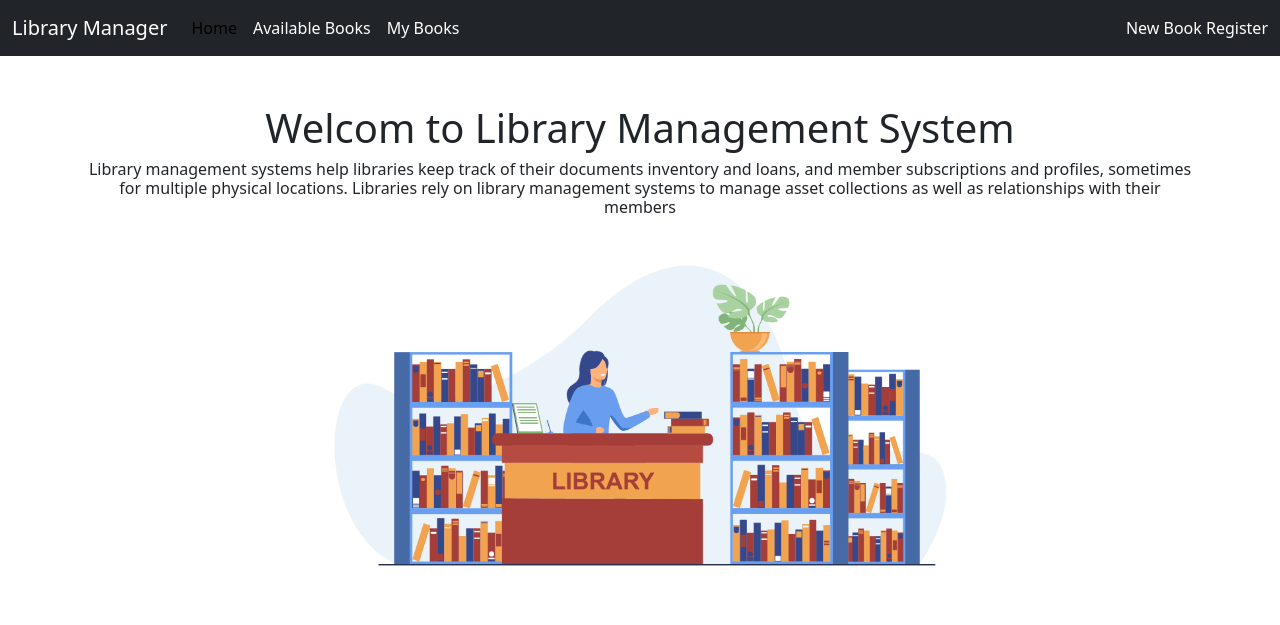
Repository: AkashCoder99/Spring-Libraray-Management
Page: http://localhost/home
The author's editor kept a copy of each file at every save. The page is drawn from the files as they stood at one save, then again after the next save.
The browser window is 1280 px wide. The pictures show the whole page.
The page is this project's Thymeleaf template; nobody is signed in. The template is opened directly, without the code that normally fills it, so the values that code supplies are empty.

Above is the page before, as saved 2023-05-29 17:32:21.

After the next save:
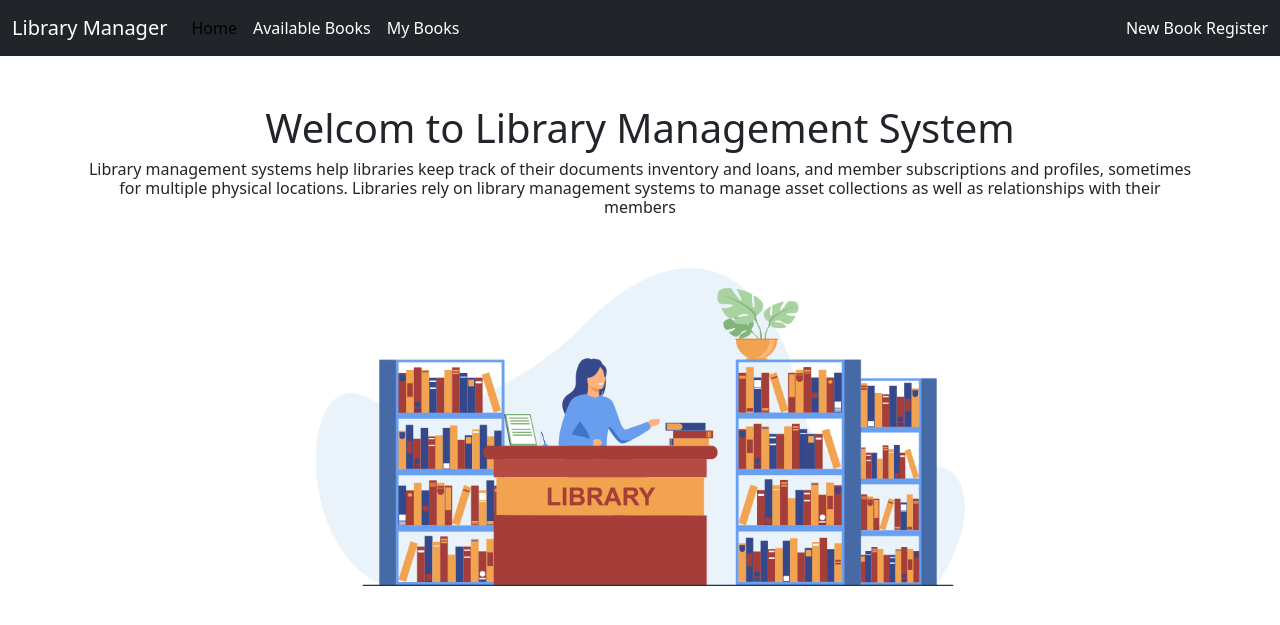
Saved 23 s later.
--- a/bookStore/src/main/resources/templates/home.html
+++ b/bookStore/src/main/resources/templates/home.html
@@ -37,7 +37,7 @@
 		<h6>Library management systems help libraries keep track of their documents inventory and loans,
 			and member subscriptions and profiles, sometimes for multiple physical locations.
 			 Libraries rely on library management systems to manage asset collections as well as relationships with their members</h6>
-		<img src="/images/HomePageLibrary.png" width="660px">
+		<img src="/images/HomePageLibrary.png" width="700px">
 	</div>
     <script src="https://cdn.jsdelivr.net/npm/bootstrap@5.3.0-alpha3/dist/js/bootstrap.bundle.min.js" integrity="sha384-ENjdO4Dr2bkBIFxQpeoTz1HIcje39Wm4jDKdf19U8gI4ddQ3GYNS7NTKfAdVQSZe" crossorigin="anonymous"></script>
   </body>
